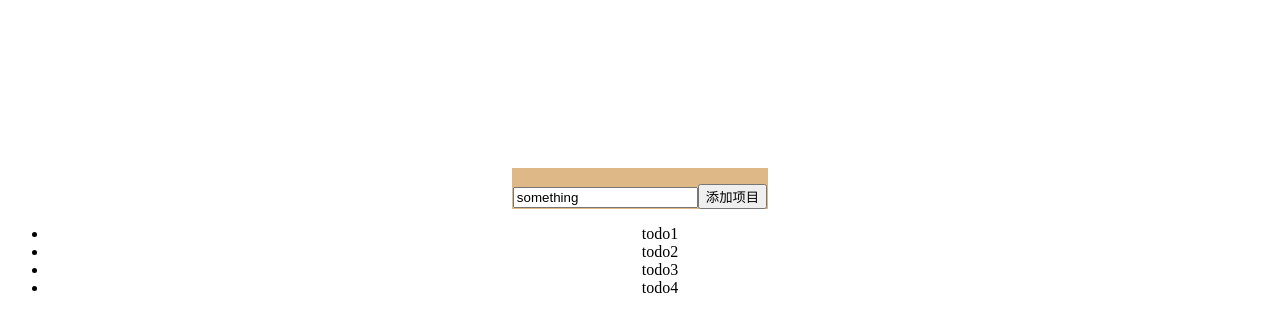
Repository: ArtemisWang/todolistProject
Page: /
An editor plug-in stored every save of this project. The page is shown before and after the next save, followed by the edit.
The browser window is 1280 px wide. The pictures show the whole page.
The project was rebuilt for these pictures with package versions that can differ from the ones it lists, and the page was loaded fresh each time.

Above is the page before, as saved 2020-02-28 21:38:42.

After the next save:
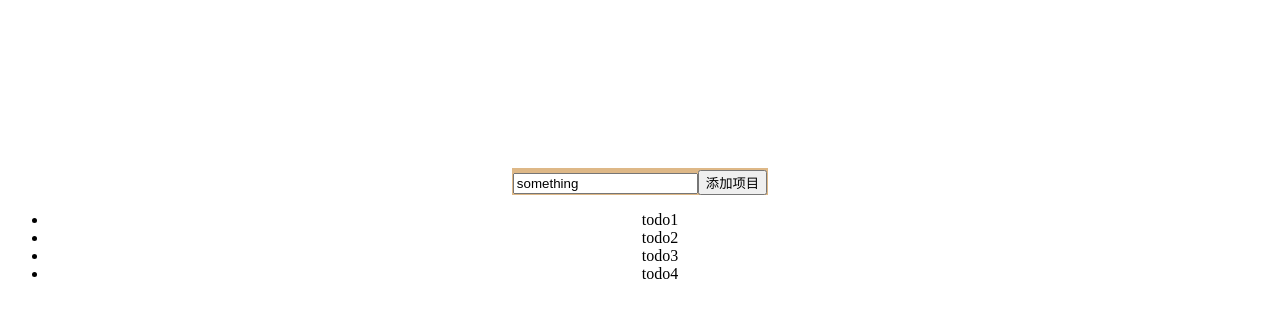
Saved 9 s later.
--- a/src/App.css
+++ b/src/App.css
@@ -9,5 +9,6 @@
     width: 16rem;
     margin-left:auto;
     margin-right:auto;
-    padding-top: 1rem;
+    padding-top: 0.1rem;
+
 }
